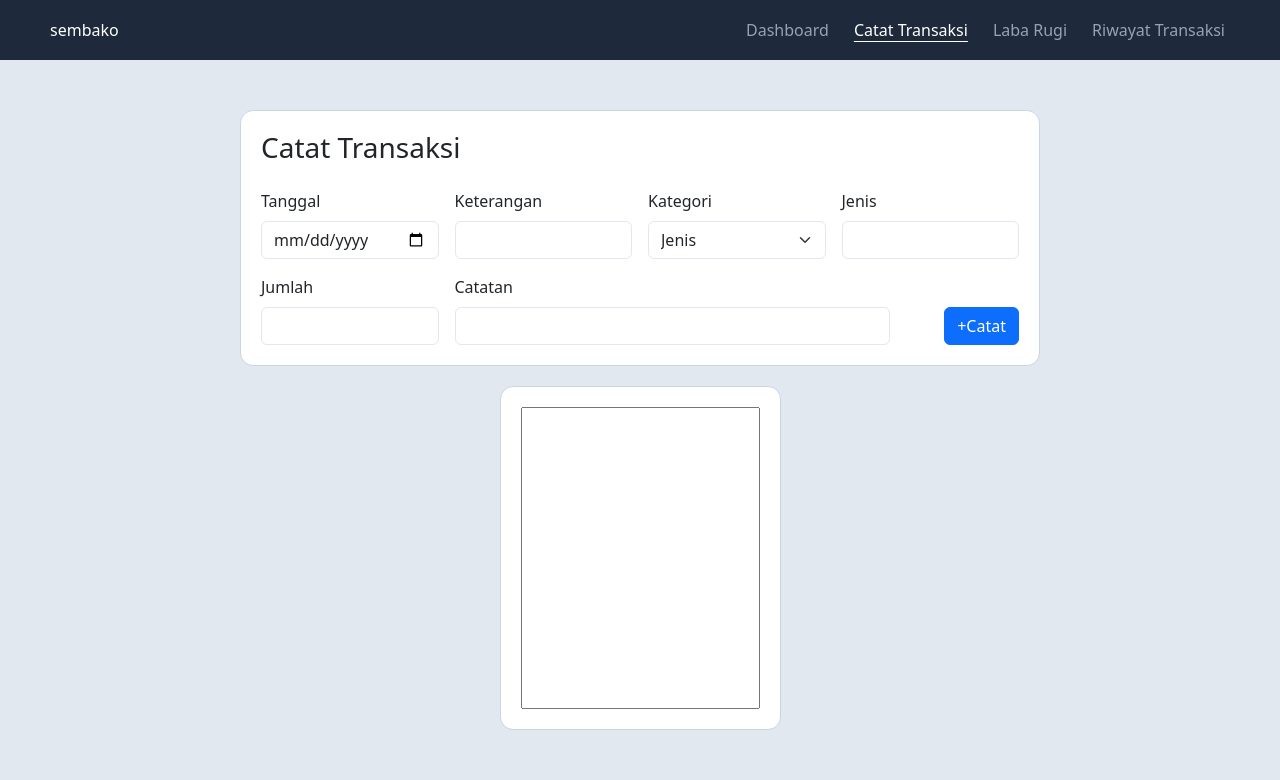
Repository: musdalifahzahra/Projek-Akhir-PWD-2026
Page: http://localhost/3-catat-transaksi.php
These files come from the project's save history. The page is drawn as it stood at one moment and after the next save; the edit follows.
The browser window is 1280 px wide. The pictures show the whole page.
The page is run by PHP 8.4 with error messages shown; the project is at /var/www/html/.

Above is the page before, as saved 2026-04-10 17:34:01.

After the next save:
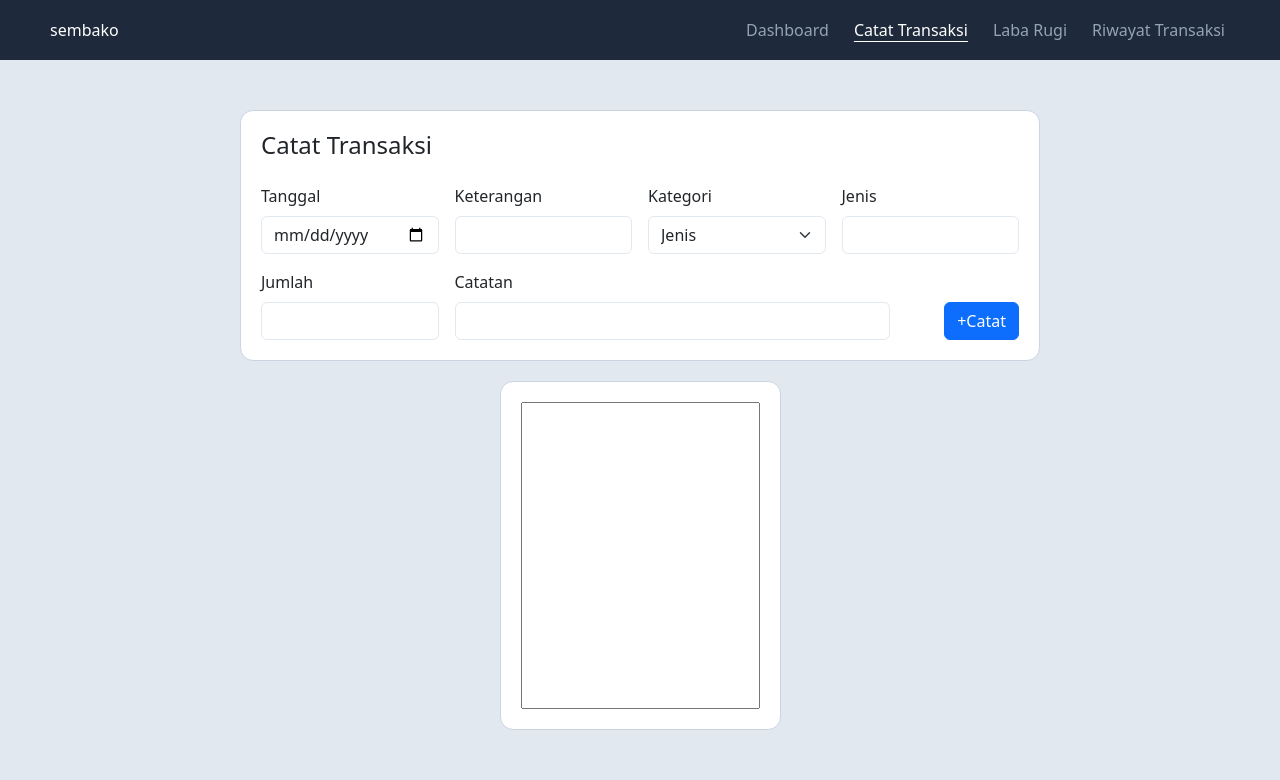
Saved 12 s later.
--- a/3-catat-transaksi.php
+++ b/3-catat-transaksi.php
@@ -29,7 +29,7 @@
         <!-- input transaksi -->
         <div class="input-transaksi template">
             <form class="row g-3">
-                <h3>Catat Transaksi</h2><br>
+                <h4>Catat Transaksi</h2><br>
                 <!-- tanggal -->
                 <div class="col-md-3">
                     <label for="tanggal" class="form-label">Tanggal</label>
